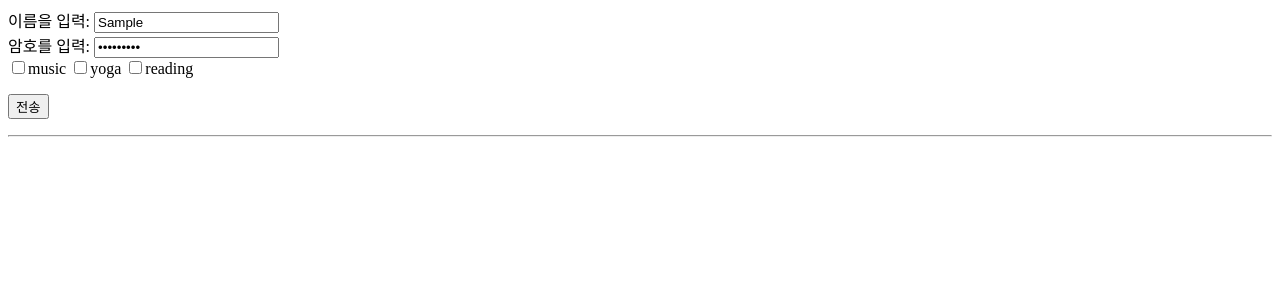
Repository: RYE415/4.jsp
Page: JQueryTest/src/main/webapp/5.ajax/12.$.serialize().html
These files come from the project's save history. The page is drawn as it stood at one moment and after the next save; the edit follows.
The browser window is 1280 px wide. The pictures show the whole page.
Empty fields were first filled with sample values (such as "Sample", 5 or name@example.com).
After loading, the first visible `#submit` was clicked once.

Above is the page before, as saved 2022-08-05 03:08:42.

After the next save:
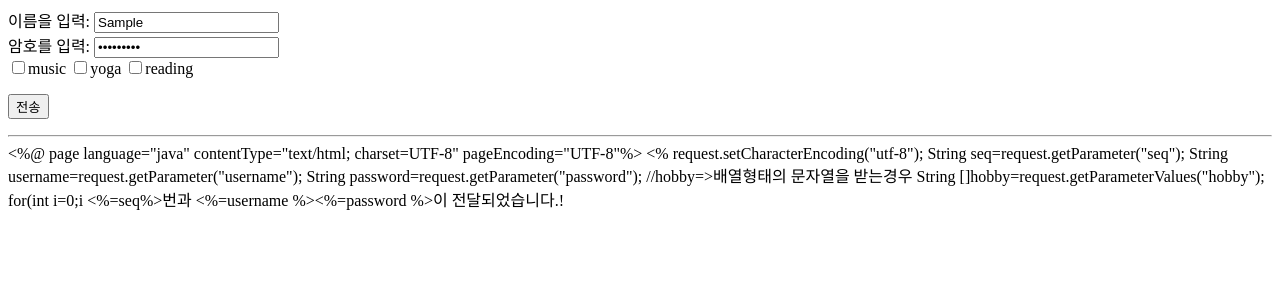
Saved 3 min 7 s later.
--- a/JQueryTest/src/main/webapp/5.ajax/12.$.serialize().html
+++ b/JQueryTest/src/main/webapp/5.ajax/12.$.serialize().html
@@ -23,6 +23,10 @@
 		$('#result').text(form_data);*/
 		//매개변수=전달할값&매개변수명2:값2&
 		//seq=1&username=kkk&password=1234&hobby=reading
+		 var form_data=$('form').serialize();
+		 $.post('form.jsp',form_data,function(args){
+			 $('#result').html(args);
+		 })
 		})
 
 
